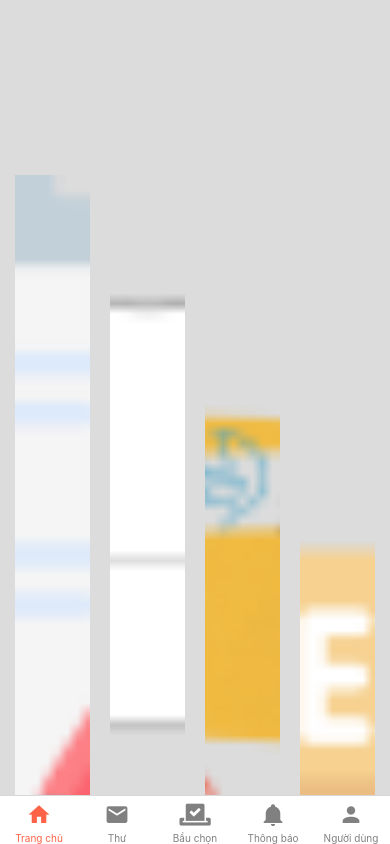
Repository: diepdung02/AppPTC
Page: /Home
The author's editor kept a copy of each file at every save. The page is drawn from the files as they stood at one save, then again after the next save.
The browser window is 390 px wide. The pictures show the whole page.
The page's requests for data from a server got no answer. The app was drawn by React Native's web renderer in a window 390 px wide. The project was rebuilt for these pictures with package versions that can differ from the ones it lists, and the page was loaded fresh each time. No one was signed in, and anything a server would have sent is missing. Also part of the build but not shown: screen/home/MailScreen.tsx, screen/home/NotificationScreen.tsx, screen/home/UserScreen.tsx, screen/home/VoteScreen.tsx.

Above is the page before, as saved 2024-06-30 15:23:21.

### App.tsx
// App.tsx

import React from 'react';
import { NavigationContainer } from '@react-navigation/native';
import { createStackNavigator } from '@react-navigation/stack';
import { LoginScreen, HomeScreen, NotificationScreen, UserScreen, MailScreen, VoteScreen } from './screen/index';
import { createBottomTabNavigator } from '@react-navigation/bottom-tabs';
import { MaterialCommunityIcons, FontAwesome5 } from '@expo/vector-icons'; // Sử dụng MaterialCommunityIcons từ expo/vector-icons

const Stack = createStackNavigator();
const Tab = createBottomTabNavigator();

const HomeTabNavigator: React.FC = () => {
  return (
    <Tab.Navigator
      initialRouteName="HomeTab"
      screenOptions={{
        tabBarActiveTintColor: 'tomato',
        tabBarInactiveTintColor: 'gray',
        tabBarStyle: { display: 'flex' },
      }}
    >
      <Tab.Screen
        name="HomeTab"
        component={HomeScreen}
        options={{
          headerShown: false,
          tabBarLabel: 'Trang chủ',
          tabBarIcon: ({ color, size }) => (
            <MaterialCommunityIcons name="home" color={color} size={size} />
          ),
        }}
      />

      <Tab.Screen
        name="Mail"
        component={MailScreen}
        options={{
          headerShown: false,
          tabBarLabel: 'Thư',
          tabBarIcon: ({ color, size }) => (
            <MaterialCommunityIcons name="email" color={color} size={size} />
          ),
        }}
      />

      <Tab.Screen
        name="Vote"
        component={VoteScreen}
        options={{
          headerShown: false,
          tabBarLabel: 'Bầu chọn',
          tabBarIcon: ({ color, size }) => (
            <FontAwesome5 name="vote-yea" color={color} size={size} />
          ),
        }}
      />

      <Tab.Screen
        name="Notifications"
        component={NotificationScreen}
        options={{
          headerShown: false,
          tabBarLabel: 'Thông báo',
          tabBarIcon: ({ color, size }) => (
            <MaterialCommunityIcons name="bell" color={color} size={size} />
          ),
        }}
      />
      <Tab.Screen
        name="User"
        component={UserScreen}
        options={{
          headerShown: false,
          tabBarLabel: 'Người dùng',
          tabBarIcon: ({ color, size }) => (
            <MaterialCommunityIcons name="account" color={color} size={size} />
          ),
        }}
      />
    </Tab.Navigator>
  );
}

const App: React.FC = () => {
  return (
    <NavigationContainer>
      <Stack.Navigator initialRouteName="Login">
        <Stack.Screen name="Login" component={LoginScreen} options={{ headerShown: false }} />
        <Stack.Screen name="Home" component={HomeTabNavigator} options={{ headerShown: false }} />
      </Stack.Navigator>
    </NavigationContainer>
  );
};

export default App;

### screen/index.tsx
import LoginScreen from './auth/LoginScreen';
import HomeScreen from './home/HomeScreen';
// screen/index.tsx

export { default as MailScreen } from './home/MailScreen';
export { default as NotificationScreen } from './home/NotificationScreen';
export { default as UserScreen } from './home/UserScreen';
export { default as VoteScreen } from './home/VoteScreen';


export{
    LoginScreen,
    HomeScreen,

}

### screen/auth/LoginScreen.tsx
// LoginScreen.tsx
import React, { useState, useEffect } from 'react';
import { View, TextInput, StyleSheet, TouchableOpacity, Text, Image } from 'react-native';
import { FontAwesome, MaterialIcons } from '@expo/vector-icons';
import { Formik } from 'formik';
import * as Yup from 'yup';
import AsyncStorage from '@react-native-async-storage/async-storage';
import COLORS from '../../constants/Color';
import { login, ApiResponse } from '../../API'; // Import API functions

type LoginProps = {
  navigation: any;
};

type FormValues = {
  username: string;
  password: string;
};

const LoginScreen: React.FC<LoginProps> = ({ navigation }) => {
  const [hidePassword, setHidePassword] = useState<boolean>(true);
  const [rememberPassword, setRememberPassword] = useState<boolean>(false);

  useEffect(() => {
    const checkRememberPassword = async () => {
      try {
        const savedPassword = await AsyncStorage.getItem('password');
        if (savedPassword) {
          setRememberPassword(true);
        }
      } catch (error) {
        console.error('Error reading password from AsyncStorage:', error);
      }
    };
    checkRememberPassword();
  }, []);

  const togglePasswordVisibility = () => {
    setHidePassword(!hidePassword);
  };

  const handleLogin = async (values: FormValues) => {
    try {
      const { username, password } = values;
      const response: ApiResponse<any> = await login({ username, password });
      if (response.success) {
        // Xử lý khi đăng nhập thành công
        alert('Đăng nhập thành công!');
        navigation.navigate('Home');
      } else {
        // Xử lý khi đăng nhập thất bại
        alert('Đăng nhập thất bại! ' + response.error);
      }
    } catch (error) {
      console.error('Error logging in:', error);
      alert('Đăng nhập thất bại! Vui lòng thử lại.');
    }
  };

  const validationSchema = Yup.object({
    username: Yup.string().required('Chưa nhập tên đăng nhập'),
    password: Yup.string().required('Chưa nhập mật khẩu'),
  });

  return (
    <Formik
      initialValues={{
        username: '',
        password: '',
      }}
      validationSchema={validationSchema}
      onSubmit={(values) => handleLogin(values)}
    >
      {({ values, touched, errors, handleChange, handleSubmit, handleBlur }) => (
        <View style={styles.container}>
          <Image source={require('../../assets/logo.png')} style={styles.logo} />
          <View style={styles.inputContainer}>
            <FontAwesome name="user" size={20} color="black" />
            <TextInput
              style={styles.textInput}
              placeholder="Username"
              value={values.username}
              onChangeText={handleChange('username')}
              onBlur={handleBlur('username')}
            />
          </View>
          {touched.username && errors.username && (
            <Text style={styles.errorText}>{errors.username}</Text>
          )}

          <View style={styles.inputContainer}>
            <FontAwesome name="lock" size={20} color="black" />
            <TextInput
              style={styles.textInput}
              placeholder="Password"
              secureTextEntry={hidePassword}
              value={values.password}
              onChangeText={handleChange('password')}
              onBlur={handleBlur('password')}
            />
            <TouchableOpacity onPress={togglePasswordVisibility}>
              <MaterialIcons
                name={hidePassword ? 'visibility-off' : 'visibility'}
                size={20}
                color="black"
              />
            </TouchableOpacity>
          </View>
          {touched.password && errors.password && (
            <Text style={styles.errorText}>{errors.password}</Text>
          )}

          <TouchableOpacity style={styles.loginButton} onPress={handleSubmit as any}>
            <Text style={styles.buttonText}>Login</Text>
          </TouchableOpacity>
          <TouchableOpacity onPress={() => navigation.navigate('ForgotPassword')}>
            <Text style={styles.forgotPasswordText}>Forgot Password?</Text>
          </TouchableOpacity>
        </View>
      )}
    </Formik>
  );
};

const styles = StyleSheet.create({
  container: {
    flex: 1,
    backgroundColor: COLORS.colorMain,
    alignItems: 'center',
    justifyContent: 'center',
  },
  logo: {
    width: 150,
    height: 150,
    marginBottom: 50,
  },
  inputContainer: {
    flexDirection: 'row',
    alignItems: 'center',
    backgroundColor: '#FFFFFF',
    borderRadius: 5,
    width: '80%',
    marginBottom: 20,
    padding: 10,
  },
  textInput: {
    flex: 1,
    marginLeft: 10,
  },
  loginButton: {
    backgroundColor: COLORS.blue,
    width: '80%',
    padding: 15,
    borderRadius: 5,
    alignItems: 'center',
  },
  buttonText: {
    color: 'white',
    fontSize: 16,
  },
  forgotPasswordText: {
    color: '#005A8C',
    marginTop: 20,
  },
  errorText: {
    color: 'red',
    fontSize: 12,
    marginBottom: 20,
  },
});

export default LoginScreen;

### screen/home/HomeScreen.tsx
import React, { useEffect, useState } from 'react';
import { View, Text, Image, StyleSheet, SafeAreaView, TouchableOpacity } from 'react-native';
import COLORS from '../../constants/Color';
import { ApiResponse, fetchUser } from '../../API'; // Điều chỉnh đường dẫn để phù hợp với cấu trúc tệp của bạn

const HomeScreen: React.FC = () => {
  const [userData, setUserData] = useState<any>({});

  useEffect(() => {
    const fetchUserData = async () => {
      const userId = '1'; // Thay thế với userId thực tế hoặc lấy động
      const response: ApiResponse<any> = await fetchUser(userId);
      if (response.success) {
        setUserData(response.data); // Giả định API trả về một đối tượng có các thuộc tính 'name' và 'dept'
      } else {
        console.error('Lỗi khi lấy dữ liệu người dùng:', response.error);
      }
    };

    fetchUserData();
  }, []);

  // Xử lý khi nhấn vào từng icon
  const handleIconPress = (iconName: string) => {
    // Viết xử lý khi nhấn vào từng icon ở đây
    console.log('Bạn đã nhấn vào icon:', iconName);
  };

  return (
    <SafeAreaView style={styles.container}>
      <View style={styles.inforContainer}>
        <Image source={{ uri: userData.avatar }} style={styles.avatar} />
        <View style={styles.txtInfor}>
          <Text style={styles.txtName}>{userData.name}</Text>
          <Text style={styles.txtDept}>{userData.dept}</Text>
        </View>
      </View>

      <View style={styles.iconContainer}>
        <TouchableOpacity onPress={() => handleIconPress('check')}>
          <Image source={require('../../assets/check .png')} style={styles.icon} />
        </TouchableOpacity>
        <TouchableOpacity onPress={() => handleIconPress('product')}>
          <Image source={require('../../assets/Product.png')} style={styles.icon} />
        </TouchableOpacity>
        <TouchableOpacity onPress={() => handleIconPress('output')}>
          <Image source={require('../../assets/Output.png')} style={styles.icon} />
        </TouchableOpacity>
        <TouchableOpacity onPress={() => handleIconPress('leave')}>
          <Image source={require('../../assets/leave 1.png')} style={styles.icon} />
        </TouchableOpacity>
        <TouchableOpacity onPress={() => handleIconPress('error')}>
          <Image source={require('../../assets/Error.png')} style={styles.icon} />
        </TouchableOpacity>
        <TouchableOpacity onPress={() => handleIconPress('error')}>
          <Image source={require('../../assets/ot request.png')} style={styles.icon} />
        </TouchableOpacity>
        <TouchableOpacity onPress={() => handleIconPress('group')}>
          <Image source={require('../../assets/Group 23.png')} style={styles.icon} />
        </TouchableOpacity>
        <TouchableOpacity onPress={() => handleIconPress('evaluate')}>
          <Image source={require('../../assets/evaluate.png')} style={styles.icon} />
        </TouchableOpacity>
        <TouchableOpacity onPress={() => handleIconPress('news')}>
          <Image source={require('../../assets/news.png')} style={styles.icon} />
        </TouchableOpacity>
        <TouchableOpacity onPress={() => handleIconPress('group12573')}>
          <Image source={require('../../assets/Group 12573.png')} style={styles.icon} />
        </TouchableOpacity>
        <TouchableOpacity onPress={() => handleIconPress('group12574')}>
          <Image source={require('../../assets/Group 12574.png')} style={styles.icon} />
        </TouchableOpacity>
      </View>
    </SafeAreaView>
  );
};

const styles = StyleSheet.create({
  container: {
    flex: 1,
    backgroundColor: COLORS.colorMain,
  },
  avatar: {
    width: 75,
    height: 75,
    marginTop: 70,
    marginLeft: 20,
  },
  inforContainer: {
    flexDirection: 'row',
    alignItems: 'center',
  },
  txtInfor: {
    marginTop: 70,
    paddingLeft: 10,
  },
  txtName: {
    fontSize: 20,
  },
  txtDept: {
    fontSize: 18,
  },
  iconContainer: {
    flexDirection: 'row',
    flexWrap: 'wrap',
    justifyContent: 'center',
    marginTop: 20,
  },
  icon: {
    width: 75,
    height: 750,
    margin: 10,
  },
});

export default HomeScreen;

### constants/Color.tsx
const COLORS = {
    colorMain:"#DCDCDC",
    blue: "#09648C"

  };
  export default COLORS;

### API.ts
// api.ts
export interface ApiResponse<T> {
  success: boolean;
  data?: T;
  error?: string;
}

export const fetchData = async (): Promise<ApiResponse<any>> => {
  try {
    const response = await fetch('https://668100b656c2c76b495d38a8.mockapi.io/PTC');
    if (!response.ok) {
      throw new Error('Network response was not ok');
    }
    const data = await response.json();
    return { success: true, data };
  } catch (error) {
    console.error('Error fetching data:', error);
    return { success: false, error: 'Error fetching data' };
  }
};

export interface LoginRequest {
  username: string;
  password: string;
}

export const login = async ({ username, password }: LoginRequest): Promise<ApiResponse<any>> => {
  try {
    const response = await fetch('https://668100b656c2c76b495d38a8.mockapi.io/PTC', {
      method: 'POST',
      headers: {
        'Content-Type': 'application/json',
      },
      body: JSON.stringify({ username, password }),
    });
    if (!response.ok) {
      throw new Error('Network response was not ok');
    }
    const data = await response.json();
    return { success: true, data };
  } catch (error) {
    console.error('Error logging in:', error);
    return { success: false, error: 'Error logging in' };
  }
};

export interface User {
  id: string;
  name: string;
  avatar: string;
  dept: string;
}

export const fetchUser = async (userId: string): Promise<ApiResponse<User>> => {
  try {
    const response = await fetch(`https://668100b656c2c76b495d38a8.mockapi.io/PTC/${userId}`);
    if (!response.ok) {
      throw new Error('Network response was not ok');
    }
    const data = await response.json();
    return { success: true, data };
  } catch (error) {
    console.error('Error fetching user data:', error);
    return { success: false, error: 'Error fetching user data' };
  }
};

After the next save:
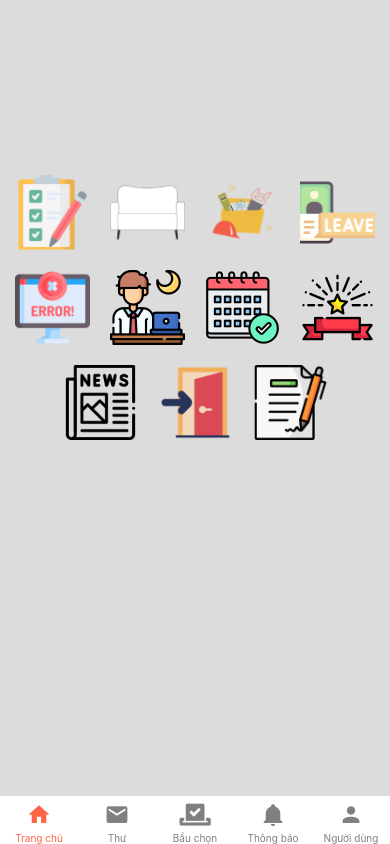
Saved 4 s later.
--- a/screen/home/HomeScreen.tsx
+++ b/screen/home/HomeScreen.tsx
@@ -108,7 +108,7 @@
   },
   icon: {
     width: 75,
-    height: 750,
+    height: 75,
     margin: 10,
   },
 });
